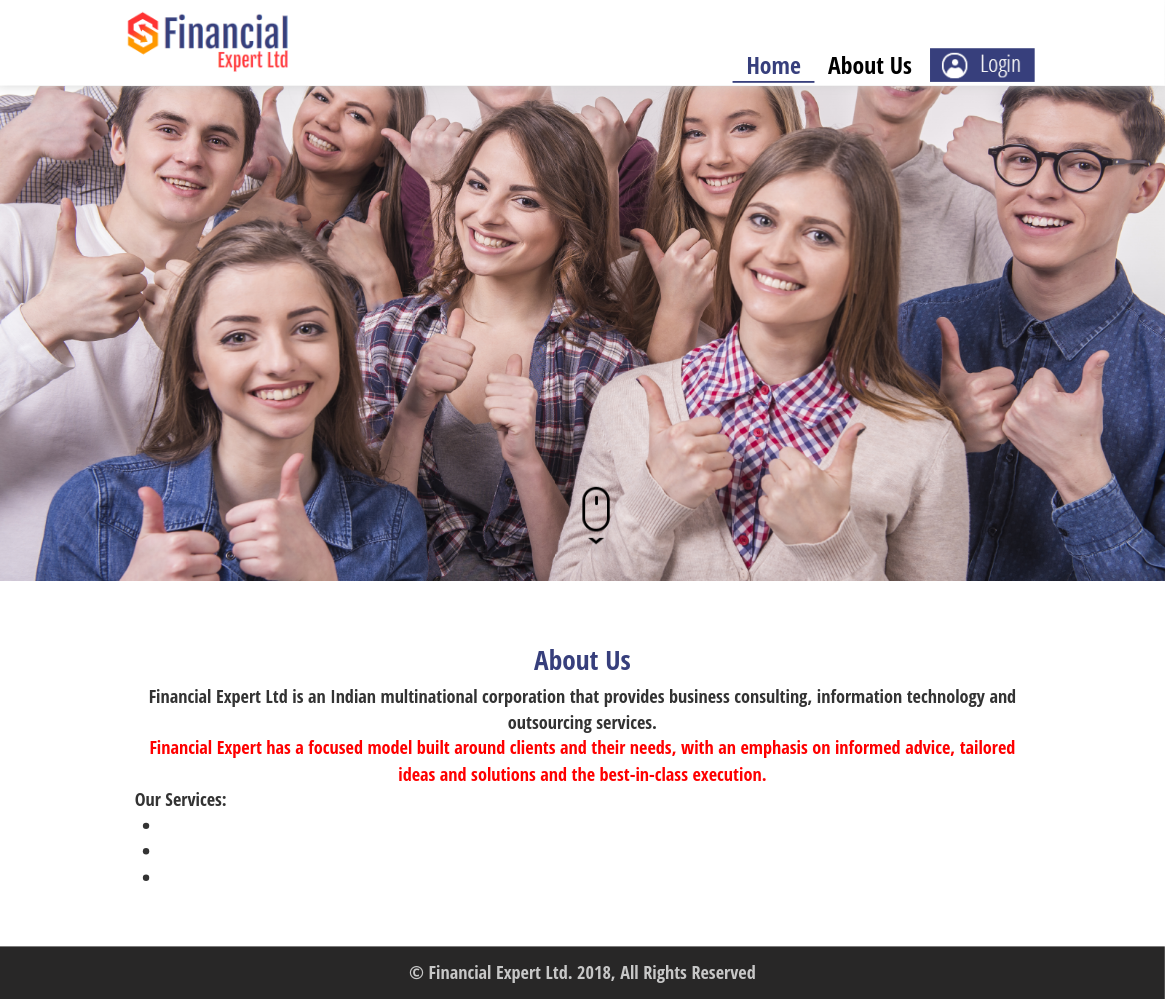
Repository: intkhabahmed/AcceleratedBootcampWebsites
Page: http://localhost/FinancialExpert/UI/index.jsp
These files come from the project's save history. The page is drawn as it stood at one moment and after the next save; the edit follows.
The browser window is 1280 px wide. The pictures show the whole page, at 91% of full size.
Some web fonts or font styles are not loaded; a fallback is used. The page is served by Tomcat 9. Nobody is signed in. The application's start-up code is not run. Other server files are loaded and not shown.

Above is the page before, as saved 2018-02-13 08:13:59.

### FinancialExpert/WebContent/UI/index.jsp
<%@ page language="java" contentType="text/html; charset=ISO-8859-1"
	pageEncoding="ISO-8859-1"%>
<%@taglib uri="http://java.sun.com/jsp/jstl/core" prefix="c"%>
<!DOCTYPE html>
<html>
<head>
<title>Financial Expert Ltd.</title>
<meta http-equiv="Content-Type" content="text/html; charset=ISO-8859-1">
<meta name="viewport" content="width=device-width, initial-scale=1.0">
<link rel="stylesheet" type="text/css" href="css/bootstrap.min.css">
<link rel="stylesheet" type="text/css" href="css/font-awesome.min.css">
<link rel="stylesheet" type="text/css" href="css/custom.css">
<link
	href='https://fonts.googleapis.com/css?family=Open Sans Condensed:300'
	rel='stylesheet'>
</head>
<body id="home">

	<jsp:include page="header.jsp"></jsp:include>


	<!-- <div class="row"> -->
	<div id="carousel-example-generic" class="carousel slide"
		data-ride="carousel">
		<!-- Indicators -->
		<img src="images/downarrow.png" alt="DownArrow" id="downarrow" />
		<!-- Wrapper for slides -->
		<div class="carousel-inner" role="listbox">
			<div class="item active">
				<img src="images/banner.png" alt="">
			</div>
		</div>

	</div>
	<!--end carousel-->

	<!-- </div> -->
	<div class="container">
		<hr>
		<div class="row">
			<div id="aboutus">
				<h2 align="center">About Us</h2>
				<p align="center">Financial Expert Ltd is an Indian
					multinational corporation that provides business consulting,
					information technology and outsourcing services.</p>
				<p align="center" class="error">Financial Expert has a focused model built around clients and
					their needs, with an emphasis on informed advice, tailored ideas
					and solutions and the best-in-class execution.</p>
				<p>Our Services:</p>
				<ul>
					<li></li>
					<li></li>
					<li></li>
				</ul>
			</div>
			<!--end aboutus-->
		</div>
		<hr>
	</div>
	<!--end container-->
	<div id="footer">
		<footer>
			<p align="center">&copy; Financial Expert Ltd. 2018, All Rights
				Reserved</p>
		</footer>
	</div>
	<div class="overlay" title="click to close"></div>
	<div id="loginWindow">
		<h2 align="center">Login Form</h2>
		<form class="form-vertical" method="post" action="login.html"
			id="login_form">
			<div class="form-group">
				<input type="text" name="username" required="required"
					class="form-control" placeholder="Enter UserName" /> <input
					type="password" name="password" required="required"
					class="form-control" placeholder="Enter Password" />

			</div>
			<div class="form-group">
				<h4 id="forgotPass">
					<a href="#" class="pull-left">Forgot Password?</a>
				</h4>
				<input type="submit" name="login_btn" id="login_btn" value="Login"
					class="pull-right btn btn-default" />
			</div>
		</form>
	</div>
	<div id="queryWindow">
		<h2 align="center">Query Form</h2>
		<form class="form-vertical" method="post" action="askQuery.html"
			id="query_form">
			<div class="form-group">
				<label class="form-label" for="receiver">Choose Company</label> <br>
				<input type="radio" name="receiver" required="required"
					value="BeneesFradia" /> BeneesFradia &nbsp;&nbsp; <input
					type="radio" name="receiver" value="QuickgunHeadley" />
				QuickgunHeadley <br>
			</div>
			<div class="form-group">
				<textarea rows="4" class="form-control"
					placeholder="Enter the query" name="query"></textarea>
				<input type="submit" name="querySubmit_btn" id="querySubmit_btn"
					value="Send" class="form-control btn btn-default" />
			</div>
		</form>
	</div>

	<div id="uploadWindow">
		<h2 align="center">Upload Proposal</h2>
		<form class="form-vertical" method="post" action="#" id="upload_form"
			enctype="multipart/form-data">
			<div class="form-group">
				<label class="form-label" for="receiver">Choose Company</label> <br>
				<input type="radio" name="receiver" required="required"
					value="BeneesFradia" /> BeneesFradia &nbsp;&nbsp; <input
					type="radio" name="receiver" value="QuickgunHeadley" />
				QuickgunHeadley <br>
			</div>
			<div class="form-group">
				<input type="file" name="propsalFile" id="fileInput"
					required="required" class="pull-left" /> <input type="submit"
					name="propsalSubmit_btn" value="Upload"
					class="btn btn-default pull-right" id="proposalSubmit_btn" />
			</div>
		</form>
	</div>

	<script type="text/javascript" src="js/jquery-3.1.0.min.js"></script>
	<script type="text/javascript" src="js/bootstrap.min.js"></script>
	<script type="text/javascript" src="js/custom.js"></script>
	<c:if test="${errorMessage ne null}">
		<%-- 	<div class="alert alert-danger" role="alert" >"${errorMessage}"</div> --%>
		<script>
			alert("${errorMessage}");
			showLoginPage();
		</script>
	</c:if>
	<c:if test="${successMessage ne null}">
		<%-- 	<div class="alert alert-success" role="alert">"${successMessage}"</div> --%>
		<script>
			alert("${successMessage}");
			window.location = "index.html";
		</script>
	</c:if>
</body>
</html>

### FinancialExpert/WebContent/UI/header.jsp
<%@ page language="java" contentType="text/html; charset=ISO-8859-1"
    pageEncoding="ISO-8859-1"%>
<%@taglib uri="http://java.sun.com/jsp/jstl/core" prefix="c" %>
<nav class="navbar navbar-custom navbar-custom-fitting">
	  <div class="container">
	    <!-- Brand and toggle get grouped for better mobile display -->
	    <div class="navbar-header">
	      <button type="button" class="navbar-toggle collapsed" data-toggle="collapse" data-target="#bs-example-navbar-collapse-1" aria-expanded="false">
	        <span class="sr-only">Toggle navigation</span>
	        <span class="icon-bar"></span>
	        <span class="icon-bar"></span>
	        <span class="icon-bar"></span>
	      </button>
	      <a class="navbar-brand" href="index.html"><img src="images/team1logo.png" alt="Financial Expert"></a>
	    </div>

	    <!-- Collect the nav links, forms, and other content for toggling -->
	    <div class="collapse navbar-collapse" id="bs-example-navbar-collapse-1">
	      <ul class="nav navbar-nav navbar-right" id="main-nav">
	        <li class="active"><a href="#home">Home <span class="sr-only">(current)</span></a></li>
	        <li><a href="#aboutus">About Us</a></li>
	        <c:if test="${sessionScope.user.username eq null}">
	        <li id="login_button" onclick="showLoginPage()"><img src="images/loginbtn.png" class="img img-responsive"/></li>
	      	</c:if>
	      	<c:if test="${sessionScope.user.username ne null}">
	      	<li id="uploadForm"><a href="#">Upload Proposal</a></li>
	      	<li id="raiseQuery_btn"><a href="#">Support</a></li>
	        <li class="dropdown">
	          <a href="#" class="dropdown-toggle" data-toggle="dropdown" role="button" aria-haspopup="true" aria-expanded="false">${sessionScope.user.teamName } <span class="fa fa-angle-down"></span></a>
	          <ul class="dropdown-menu">
	            <li><a href="showProfile.html">Dashboard</a></li>
	            <li><a href="logout.html">Logout</a></li>
	          </ul>
	        </li>
	        </c:if>
	      </ul>
	    </div><!-- /.navbar-collapse -->
	  </div><!-- /.container-fluid -->
	</nav>

### FinancialExpert/WebContent/css/custom.css
/****************************Common CSS**************************/

.padding-10x{
	padding: 10px;
}
.padding-5x{
	padding: 5px;
}
.padding-20x{
	padding: 20px;
}

.center{
	display: block;
	margin: 0 auto;
}
.no-margin {
	margin: 0;
}
.error {
	color: red;
}
.success {
	color: #5cb85c;
}
#errorBlock{
	position: absolute;
	top: 15%;
	width: 100%;
}
body {
	font-family: Open Sans Condensed !important;
	font-size: 20px !important;
}
.dropdown-menu {
	font-size: 18px;
    background-color: #000;
    opacity: 0.7;
    border: 1px solid #ccc;
    border: 1px solid rgba(0,0,0,.15);
    border-radius: 0px;
    top: 110%;
}
.dropdown-menu li a{
	color: #ffffff;
}
.dropdown-menu li a:hover {
	color: #8080ff;
	background: #000000;
	opacity: 1;
}
.dropdown> a{
	max-height: 36px;
}

input, button, .form-control, .btn {
	border-radius: 0px !important;
}

input[type=submit]:hover, .btn:hover {
	color: #333333;
}
p {
    margin: 0 10px;
}
/***********************Index Page*********************************/
hr {
	border-top: none;
}
#home {
	padding-top: 94px;
}
#formContainer {
	border-radius: 15px;
	padding: 10px;
	z-index: 1;
}

#login_btn_cover {
	padding: 3px;
}

#homeBannerImage{
	min-height: 370px;
	z-index: 1;
}

@media screen and (min-width: 991px){
	.navbar-custom-fitting {
		width: 100%;
	}
	.container {
		max-width: 1024px;
	}

	.navbar-brand {
		padding: 10px !important;
		height: auto;
	}
	#main-nav {
		margin-top: 39px;
		height: 53px;
		padding-top: 13px;
	}
	nav> .container {
		height: auto;
	}

	.carousel {
		width: 100%;

	}
	.carousel-inner>.item>img {
		width: 100%;
	}
	#loginWindow {
		width: 30vw;
		left: 35vw;
	}
	#uploadWindow {
		width: 40vw;
		left: 30vw;
	}
	#queryWindow {
		width: 30vw;
		left: 35vw;
	}
	#confirmWindow {
		width: 30vw;
		left: 35vw;
	}
}

@media screen and (min-width: 768px) and (max-width: 990px){
	#main-nav {
		height: 40px;
		padding-top: 23px;
		margin-top: 30px;
	}

	.navbar-custom-fitting {
		width: 100%;
	}
	.navbar-brand {
		padding: 10px !important;
    	height: auto;
	}
	#login_button {
		margin-bottom: 2px;
	}
	nav> .container {
		height: 92px;
	}
	.carousel {
		width: 100%;
		height: 60vh;
	}
	.carousel-inner>.item>img {
		width: 100%;
		height: 60vh;
	}
	.container {
		max-width: 100%;
		width: 100%;
	}
	#loginWindow {
		width: 40vw;
		left: 35vw;
	}
	#uploadWindow {
		left: 30vw;
		width: 40vw;
	}
	#queryWindow {
		width: 40vw;
		left: 35vw;
	}
	#confirmWindow {
		width: 30vw;
		left: 35vw;
	}
}

@media screen and (max-width: 767px){
	nav> .container {
		padding: 2px;
		width: 100%;
		height: auto;
	}

	.navbar-custom-fitting {
		width: 100%;
	}
	.navbar-brand {
		padding: 0px 25px !important;
	}
	.navbar-header {
		height: 90px;
	}
	#main-nav {
		margin-top: 39px;
		background-color: #ffffff;
   	 	padding: 15px;

	}
	#login_button {
		margin: 5px 15px;
	}
	.carousel {
		width: 100%;
		height: 50vh;
		margin: 0 auto;
	}
	.carousel-inner>.item>img {
		width: 100%;
		height: 50vh;
	}
	.container {
		max-width: 100%;
		width: 100%;
	}
	#loginWindow, #uploadWindow, #queryQindow, #confirmWindow {
		width: 100%;
	}
	#shortcut_links .col-sm-4 img {
		display: block;
		margin: 0 auto;
		width: 100%;
	}
	.navbar-toggle {
		margin-top: 30px;
    	margin-right: 45px;
	}
}
.navbar-nav {
	font-size: 26px !important;
}
#login_button {
	cursor: pointer;
	margin-left: 5px;
}
.navbar-nav> .active a {
	border-bottom: 2px solid #373f7c ;
	color: #373f7c !important;
	background-color: transparent !important;
}

.navbar {
	border-radius: 0px;
}

.navbar-custom {
	background: #FFFFFF;
}

.navbar-nav a {
	transition: all 0.5s ease-in-out;
}

.contact-form-fields input {
	margin: 3px 0;
}

.navbar-nav a{
	color: #000000;
}

.navbar-custom-fitting {
	position: fixed;
	top: 0;
	z-index: 1030;
	box-shadow: -1px 1px 11px 0px #d2d2d2;
}

.navbar-nav>li>a {
	padding: 8px 15px !important;
}

/***********************UserProfile Page*********************************/
.navbar-toggle>.icon-bar {
	background-color: #000000;
}
.navbar-toggle {
	border-color: #000000;
}
.navbar-toggle:hover {
	border-color: #333333;
	background-color: #eeeeee;
}

/***********************Footer******************************************/
#footer {
	background: #282727;
	color: #c7c7c7;
	width: 100%;
	padding: 15px;
}

#footerSpace{
	margin-top: 65px;
}

/***********************Error Page*********************************/
#errorBlock{
	position: absolute;
	top: 15%;
	width: 100%;
}

/***********************Login Modal View*********************************/
.overlay {
	position: fixed;
	top: 0;
	left: 0;
	width: 100%;
	opacity: 0.7;
	min-height: 100%;
	display: none;
	background-color: #000000;
	z-index: 1031;
	cursor: pointer;
}
#loginWindow, #uploadWindow, #queryWindow, #confirmWindow {
	position: fixed;
	top: 25vh;
	z-index: 1032;
	opacity: 1;
	display: none;
	color: #ffffff;
	background-color: #373f7c;
	padding: 10px;
}
#loginWindow a {
	color: #eeeeee;
}

#login_form input, #upload_form input, #query_form input{
	margin: 10px 0;

}

textarea {
    resize: none;
}

#left-control-button, #right-control-button {
	padding-bottom: 5px;
	background-color: #ffffff;
	color: #000000;
}

#aboutus {
	padding: 10px;

}
#aboutus h2 {
	color: #373f7c;
}
.carousel-control {
	top: 50%;
}
.carousel-control.left, .carousel-control.right {
	background-image: none;
}

#downarrow {
	position: absolute;
	bottom: 40px;
	left: 50%;
	z-index: 1;
}


#profile_logo_container {
	box-shadow: 0px 1px 11px 0px #d2d2d2;
	padding: 5px;
	width: 100%;
}
#login_btn, #querySubmit_btn, #proposalSubmit_btn, #deleteQuery_btn, #cancel_btn {
	background: #ffffff !important;
}
#login_btn:hover, #querySubmit_btn:hover, #proposalSubmit_btn:hover, #deleteQuery_btn:hover, #cancel_btn:hover {
	color: #373f7c;
}
input[type=submit], .btn {
	font-size: 26px;
	padding-top: 0px;
	border: 0px;
	background: #373f7c;
}
input[type=submit]:active, .btn:active {
	background: #373f7c !important;
}
input[type=submit]:hover, .btn:hover {
	background: #373f7c;
	color: #eeeeee;
}

### FinancialExpert/WebContent/js/custom.js
$(function(){
	$("nav a").click(function(){
		$('html, body').animate({
        scrollTop: $(this.hash).offset().top
    }, 1500);
    return false;
	});

	$("nav a").click(function(){
		$("nav li").removeClass("active");
		$(this).parent().addClass("active");
	});


	$(".overlay").on('click', function(){
		$(this).fadeOut();
		$("#loginWindow").fadeOut();
		$("#uploadWindow").fadeOut();
		$("#queryWindow").fadeOut();
		$("#confirmWindow").fadeOut();
	});

	$("#uploadForm, #uploadForm_shortcut").on('click', function(){
		$(".overlay").fadeIn();
		$("#uploadWindow").fadeIn();
		return false;
	});

	$("#raiseQuery_btn").on('click', function(){
		$(".overlay").fadeIn();
		$("#queryWindow").fadeIn();
	});

	$(".carousel-control.left").mouseenter(function(){
		$("#left-indicator img").attr("src", "images/leftarrow_ro.png");
	});
	$(".carousel-control.right").mouseenter(function(){
		$("#right-indicator img").attr("src", "images/rightarrow_ro.png");
	});

	$(".carousel-control.left").mouseleave(function(){
		$("#left-indicator img").attr("src", "images/leftarrow.png");
	});
	$(".carousel-control.right").mouseleave(function(){
		$("#right-indicator img").attr("src", "images/rightarrow.png");
	});

	$("#proposalSubmit_btn").bind('click', function(){
		var input = document.getElementById("fileInput");
		if(input.files[0].size >= 10485760){
			alert("File size should be less than 10MB");
			return false;
		}else{
			$("#upload_form").attr("action", "uploadFile.html");
			return true;
		}
	});

	$("#login_button img").mouseenter(function(){
		$(this).attr("src", "images/loginbtn_over.png");
	});
	$("#login_button img").mouseleave(function(){
		$(this).attr("src", "images/loginbtn.png");
	});

	$("#forgotPass").click(function(){
		alert("Please Contact Support Team");
	});

	$("#delete_btn").click(function(){
		$(".overlay").fadeIn();
		$("#confirmWindow").fadeIn();
	});

	$("#cancel_btn").click(function(){
		$(".overlay").fadeOut();
		$("#confirmWindow").fadeOut();
	});

});
function showLoginPage(){
	$(".overlay").fadeIn();
	$("#loginWindow").fadeIn();
}
function showAlert(value){
	alert(value.text());
}

Loaded but not shown: FinancialExpert/WebContent/css/bootstrap.min.css (library); FinancialExpert/WebContent/css/font-awesome.min.css (library); FinancialExpert/WebContent/js/jquery-3.1.0.min.js (library); FinancialExpert/WebContent/js/bootstrap.min.js (library)

After the next save:
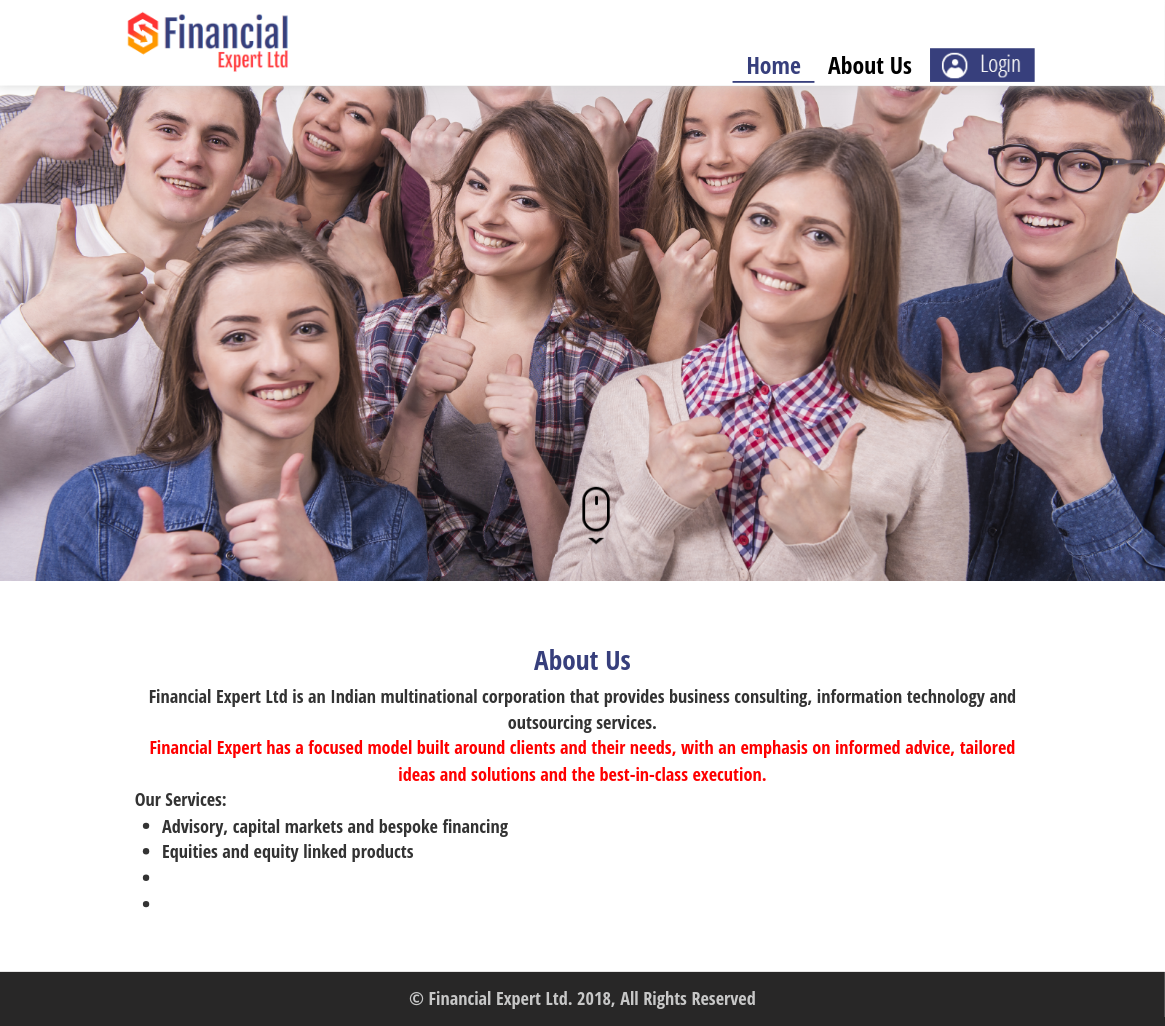
Saved 29 s later.
--- a/FinancialExpert/WebContent/UI/index.jsp
+++ b/FinancialExpert/WebContent/UI/index.jsp
@@ -48,7 +48,8 @@
 					and solutions and the best-in-class execution.</p>
 				<p>Our Services:</p>
 				<ul>
-					<li></li>
+					<li>Advisory, capital markets and bespoke financing</li>
+					<li>Equities and equity linked products</li>
 					<li></li>
 					<li></li>
 				</ul>
